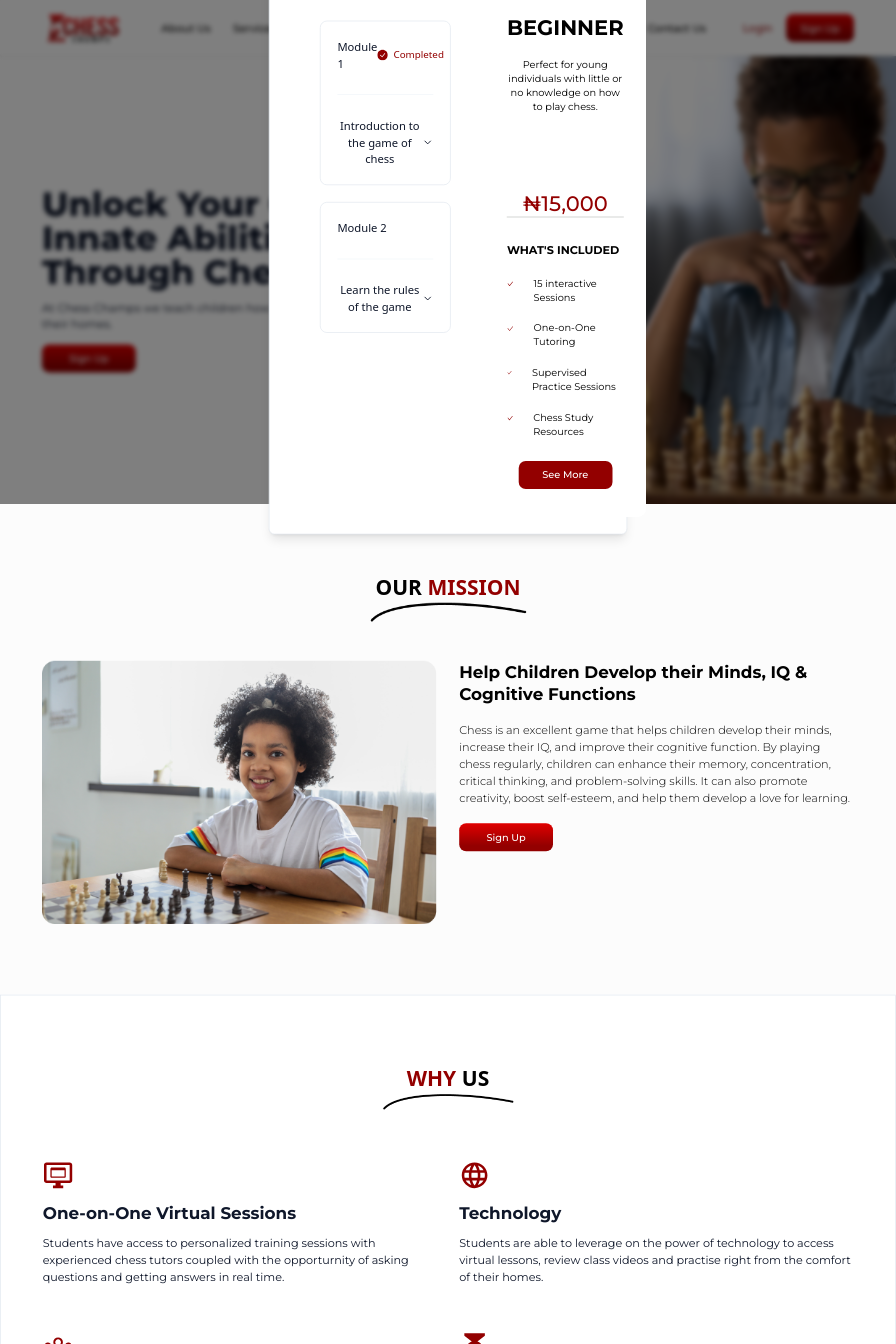
Repository: CelestinaUwajeh/chess-champ-fe
Page: /, after clicking the first element matching `button.w-\[134px\]`
The author's editor kept a copy of each file at every save. The page is drawn from the files as they stood at one save, then again after the next save.
The browser window is 1280 px wide. The pictures show the part of the page from y = 0 to 1920 px (the page is 4303 px tall), at 70% of full size.
The project was rebuilt for these pictures with package versions that can differ from the ones it lists, and the page was loaded fresh each time. The framework's server and built-in components were replaced by stand-ins that run in the browser. Also part of the build but not shown: next.config.js, components/ui/button.tsx, app/(dashboard)/parent/child/[id]/progress/highlight.tsx, app/(dashboard)/parent/child/[id]/progress/attendance.tsx, components/ui/progress.tsx, app/(dashboard)/parent/child/[id]/progress/percentage.tsx, app/(dashboard)/parent/child/[id]/progress/points.tsx, app/(dashboard)/parent/child/[id]/progress/page.tsx.

Above is the page before, as saved 2023-08-09 21:40:54.

After the next save:
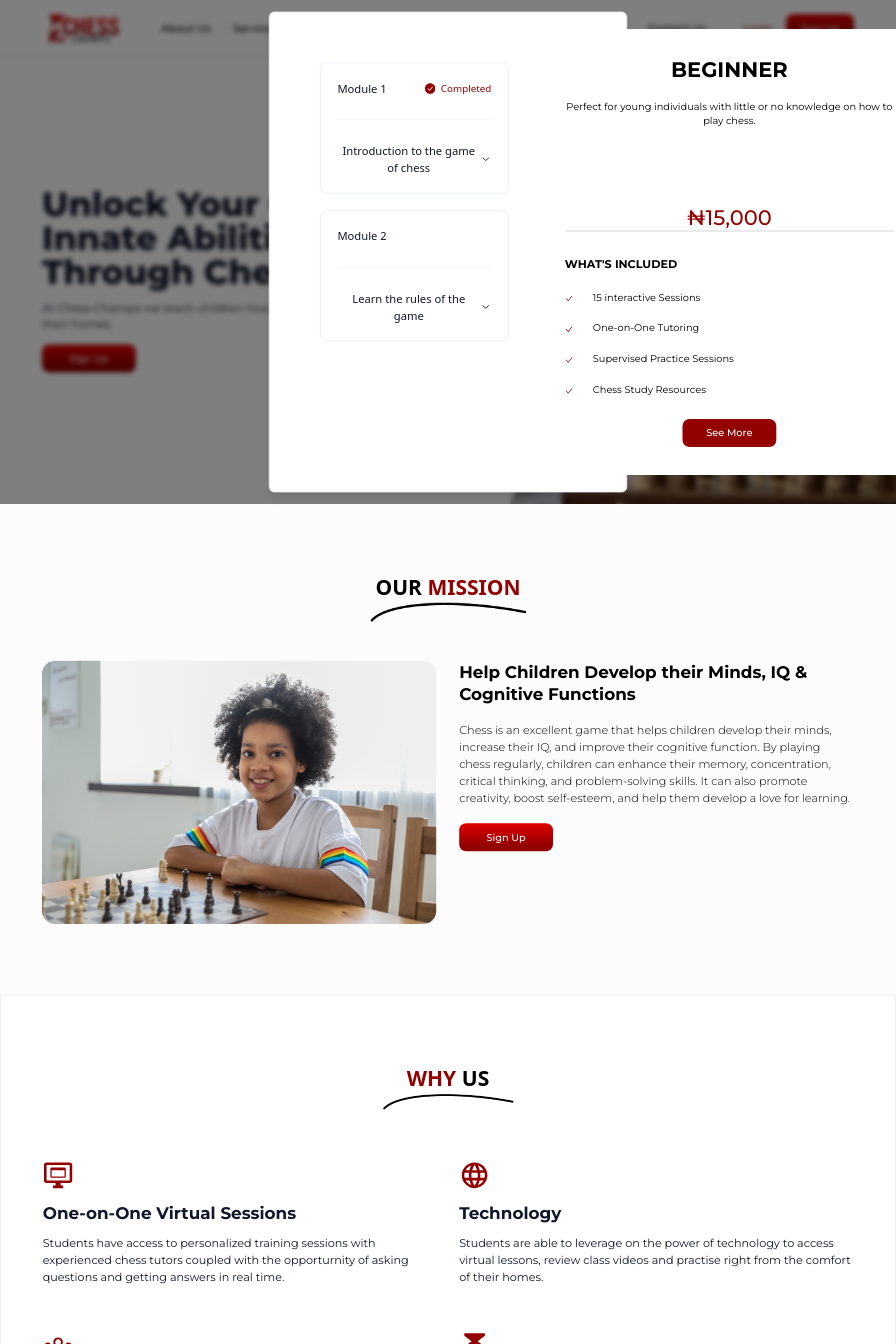
Saved 11 s later.
--- a/components/pricing-card/modal-content.tsx
+++ b/components/pricing-card/modal-content.tsx
@@ -9,7 +9,7 @@ interface PropType {
 
 const ModalContent = ({ data }: PropType) => {
   return (
-    <div className="flex w-[500px]">
+    <div className="flex w-[900px]">
       <div>
         <Module modules={modules} />
       </div>
